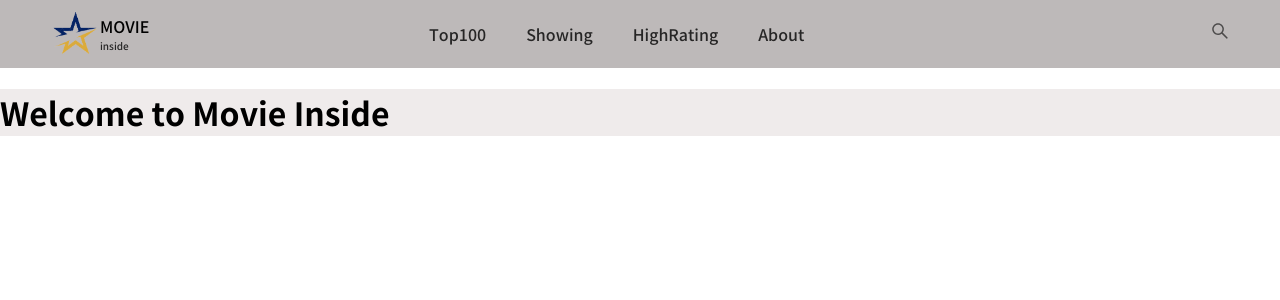
Repository: yangddoddi/Movie-Inside
Page: /
These files come from the project's save history. The page is drawn as it stood at one moment and after the next save; the edit follows.
The browser window is 1280 px wide. The pictures show the whole page.
The project was rebuilt for these pictures with package versions that can differ from the ones it lists, and the page was loaded fresh each time. Also part of the build but not shown: src/App.css, src/routes/Detail.js.

Above is the page before, as saved 2022-05-02 18:29:11.

### public/index.html
<!DOCTYPE html>
<html lang="en">

<head>
  <meta charset="utf-8" />
  <link rel="icon" href="./image/logo.png" />
  <meta name="viewport" content="width=device-width, initial-scale=1" />
  <meta name="theme-color" content="#000000" />
  <meta name="description" content="Web site created using create-react-app" />
  <link rel="apple-touch-icon" href="%PUBLIC_URL%/logo192.png" />
  <!--
      manifest.json provides metadata used when your web app is installed on a
      user's mobile device or desktop. See https://developers.google.com/web/fundamentals/web-app-manifest/
    -->
  <link rel="manifest" href="%PUBLIC_URL%/manifest.json" />
  <!--
      Notice the use of %PUBLIC_URL% in the tags above.
      It will be replaced with the URL of the `public` folder during the build.
      Only files inside the `public` folder can be referenced from the HTML.

      Unlike "/favicon.ico" or "favicon.ico", "%PUBLIC_URL%/favicon.ico" will
      work correctly both with client-side routing and a non-root public URL.
      Learn how to configure a non-root public URL by running `npm run build`.
    -->
  <title>Movie Inside</title>
</head>

<body>
  <noscript>You need to enable JavaScript to run this app.</noscript>
  <div id="root"></div>
  <!--
      This HTML file is a template.
      If you open it directly in the browser, you will see an empty page.

      You can add webfonts, meta tags, or analytics to this file.
      The build step will place the bundled scripts into the <body> tag.

      To begin the development, run `npm start` or `yarn start`.
      To create a production bundle, use `npm run build` or `yarn build`.
    -->
</body>

</html>

### src/App.js
import "./App.css";
import { RouteJS } from "./components/Routes";
import "./scss/main.scss";
import { Nav } from "./components/Nav";

function App() {
  return (
    <>
      <Nav />
      <RouteJS />
    </>
  );
}

export default App;

### src/components/Routes.js
import { Route, BrowserRouter, Routes } from "react-router-dom";
import { Main } from "../routes/Main";
import { Detail } from "../routes/Detail";

export const RouteJS = () => {
  return (
    <Routes>
      <Route path="/" element={<Main />} />
      <Route path="/detail" element={<Detail />} />
    </Routes>
  );
};

### src/scss/main.scss
@font-face {
    font-family: 'Noto Sans CJK KR';
    font-style: normal;
    font-weight: light;
    src: url('../fontStyle/NotoSansKR-Light.woff')
}

@font-face {
    font-family: 'Noto Sans CJK KR';
    font-style: normal;
    font-weight: normal;
    src: url('../fontStyle/NotoSansKR-Regular.woff')
}

@font-face {
    font-family: 'Noto Sans CJK KR';
    font-style: normal;
    font-weight: semi-bold;
    src: url('../fontStyle/NotoSansKR-Medium.woff')
}
@font-face {
    font-family: 'Noto Sans CJK KR';
    font-style: normal;
    font-weight: bold;
    src: url('../fontStyle/NotoSansKR-Bold.woff')
}


* {
    box-sizing: border-box;
    font-family: 'Noto Sans CJK KR';
}

### src/components/Nav.js
import React from "react";
import logo from "../image/logo.png";
import styles from "./Nav.module.scss";
import { AiOutlineSearch } from "react-icons/ai";

export const Nav = () => {
  return (
    <nav className={styles.nav}>
      <div className={styles.navContainer}>
        <div className={styles.leftContainer}>
          <img className={styles.logo} src={logo}></img>
          <div className={styles.logoContainer}>
            <span>MOVIE</span>
            <span>inside</span>
          </div>
        </div>
        <ul className={styles.navItems}>
          <li className={styles.navItem}>Top100</li>
          <li className={styles.navItem}>Showing</li>
          <li className={styles.navItem}>HighRating</li>
          <li className={styles.navItem}>About</li>
        </ul>
        <form>
          <input type={"text"} id="searchInput" />
          <label for="searchInput">
            <AiOutlineSearch className={styles.searchIcon} />
          </label>
        </form>
      </div>
    </nav>
  );
};

### src/routes/Main.js
import React from "react";
import { Jumbotron } from "../components/Main/Jumbotron";

export const Main = () => {
  return (
    <>
      <Jumbotron />
    </>
  );
};

### src/components/Nav.module.scss
@import url(../scss/font.scss);


.nav {
    background-color: #bdb9b9;
    width: 100%;
    padding: 10px 50px 10px 50px;
}

.navContainer {
    display: flex;
    align-items: center;
    justify-content: space-between;
    max-width: 1200px;
}

.logo {
    width: 50px;
}

.logoContainer {
    display: flex;
    flex-direction: column;
    justify-content: flex-end;
    user-select: none;

    span:nth-child(2) {
        font-size: 10px;
        color:rgba(0,0,0,0.8);
    }
}

.leftContainer {
    display: flex;
    align-items: center;
}

.navItems {
    display: flex;
    list-style: none;
    color: rgba(0,0,0,0.8);
    font-size: 16px;
    margin: 0px;
}


.navItem {
    margin: 0px 20px 0px 20px;
    cursor: pointer;
}

form {
        position:relative;
        display: flex;
        align-items: center;

    input {
        margin-left: 30px;
        border-radius: 5%;
        height: 25px;
        border: none;
        color: rgba(0,0,0,0.8);
        background-color: transparent;
    }

    input:focus {
        outline: none;
        border-bottom: rgba(122,122,122,1) solid 1px;
    }

    label {
        position: absolute;
        right: 0px;
        height: 25px;
        border-left: none;
    }

    svg {
        font-size: 20px;
        color: rgba(0,0,0,0.6);
    }
}

### src/components/Main/Jumbotron.js
import React from "react";
import styles from "./Jumbotron.module.scss";

export const Jumbotron = () => {
  return (
    <div className={styles.jumbotron}>
      <div className={styles.jumbotronContainer}>
        <h1> Welcome to Movie Inside </h1>
      </div>
    </div>
  );
};

### src/scss/font.scss
@font-face {
    font-family: 'Noto Sans CJK KR';
    font-style: normal;
    font-weight: light;
    src: url('../fontStyle/NotoSansKR-Light.otf')
}

@font-face {
    font-family: 'Noto Sans CJK KR';
    font-style: normal;
    font-weight: normal;
    src: url('../fontStyle/NotoSansKR-Regular.otf')
}

@font-face {
    font-family: 'Noto Sans CJK KR';
    font-style: normal;
    font-weight: semi-bold;
    src: url('../fontStyle/NotoSansKR-Medium.otf')
}
@font-face {
    font-family: 'Noto Sans CJK KR';
    font-style: normal;
    font-weight: bold;
    src: url('../fontStyle/NotoSansKR-Bold.otf')
}

### src/components/Main/Jumbotron.module.scss

.jumbotron {
    background-color: #efebeb;
}

Loaded but not shown: src/index.js (common file); src/index.css (common file); src/reportWebVitals.js (common file)

After the next save:
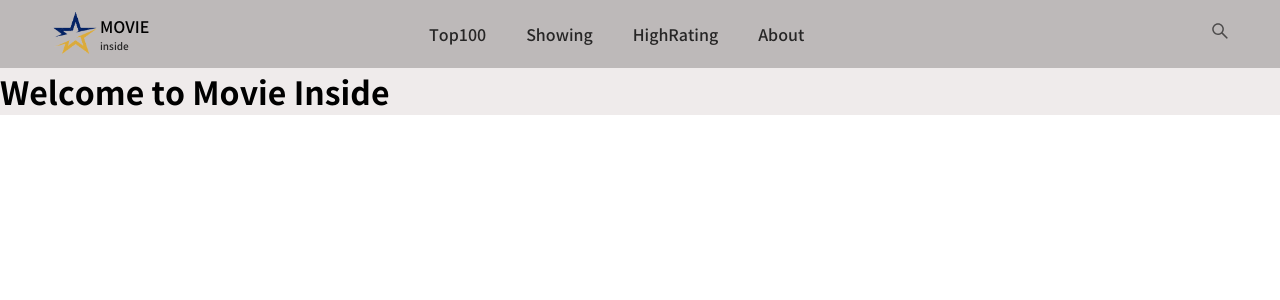
Saved 29 s later.
--- a/src/scss/main.scss
+++ b/src/scss/main.scss
@@ -1,32 +1,7 @@
-@font-face {
-    font-family: 'Noto Sans CJK KR';
-    font-style: normal;
-    font-weight: light;
-    src: url('../fontStyle/NotoSansKR-Light.woff')
-}
-
-@font-face {
-    font-family: 'Noto Sans CJK KR';
-    font-style: normal;
-    font-weight: normal;
-    src: url('../fontStyle/NotoSansKR-Regular.woff')
-}
-
-@font-face {
-    font-family: 'Noto Sans CJK KR';
-    font-style: normal;
-    font-weight: semi-bold;
-    src: url('../fontStyle/NotoSansKR-Medium.woff')
-}
-@font-face {
-    font-family: 'Noto Sans CJK KR';
-    font-style: normal;
-    font-weight: bold;
-    src: url('../fontStyle/NotoSansKR-Bold.woff')
-}
 
 
 * {
     box-sizing: border-box;
     font-family: 'Noto Sans CJK KR';
+    margin: 0px;
 }
